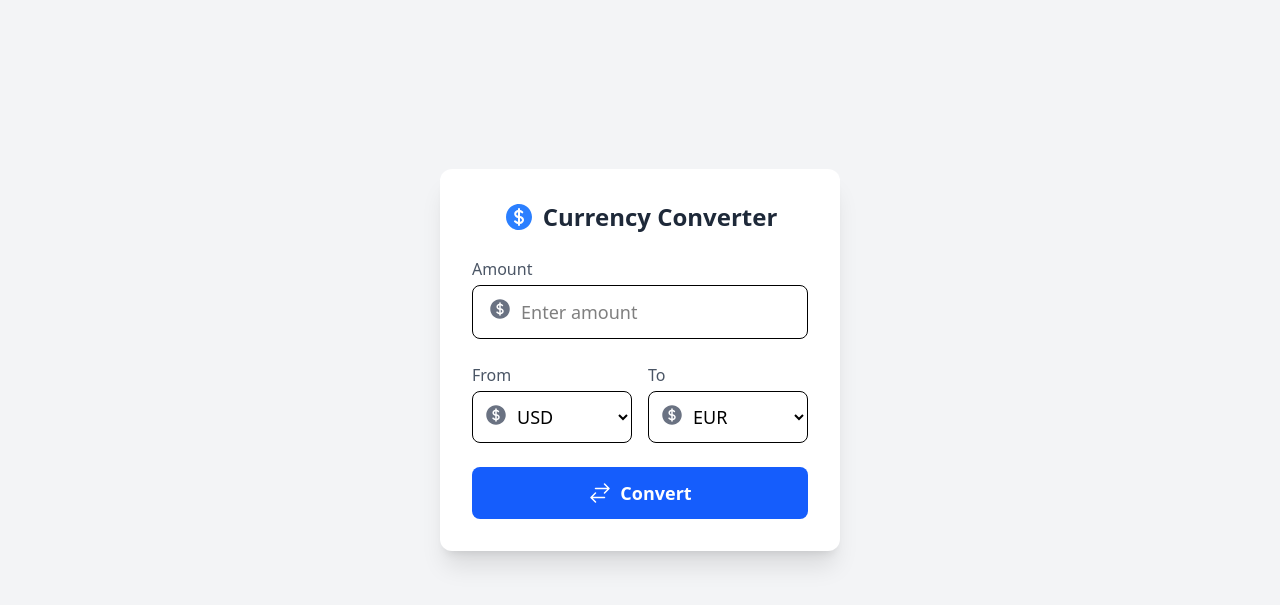
Repository: adrcstro/withcenter_developer_exam
Page: /
These files come from the project's save history. The page is drawn as it stood at one moment and after the next save; the edit follows.
The browser window is 1280 px wide. The pictures show the whole page.
The project was rebuilt for these pictures with package versions that can differ from the ones it lists, and the page was loaded fresh each time. Also part of the build but not shown: vite.config.ts.

Above is the page before, as saved 2025-03-16 19:19:39.

### index.html
<!doctype html>
<html lang="en">
  <head>
    <meta charset="UTF-8" />
    <link rel="icon" type="image/svg+xml" href="/vite.svg" />
    <meta name="viewport" content="width=device-width, initial-scale=1.0" />
    <title>Vite + React + TS</title>
    <!-- public/index.html -->
  <link href="https://fonts.googleapis.com/css2?family=Montserrat:wght@300;400;500;700&display=swap" rel="stylesheet">


  </head>
  <body>
    <div id="root"></div>
    <script type="module" src="/src/main.tsx"></script>
  </body>
</html>

### src/main.tsx

import { createRoot } from 'react-dom/client'
import './index.css'
import App from './App.tsx'

createRoot(document.getElementById('root')!).render(

    <App />

)

### src/App.tsx
import { useState } from "react";
import { ArrowsRightLeftIcon, CurrencyDollarIcon } from "@heroicons/react/24/solid";


const currencies = ["USD", "EUR", "GBP", "JPY", "INR"];

function App() {
  const [amount, setAmount] = useState("");
  const [fromCurrency, setFromCurrency] = useState("USD");
  const [toCurrency, setToCurrency] = useState("EUR");
  const [convertedAmount, setConvertedAmount] = useState("");

  const handleConvert = () => {
    // Dummy conversion rate for UI demo
    const rate = 1.1;
    setConvertedAmount((parseFloat(amount) * rate).toFixed(2));
  };

  return (
    <div className="flex items-center justify-center min-h-screen bg-gray-100">
      <div className="bg-white shadow-xl rounded-xl p-8 w-[400px]">
        <h2 className="text-2xl font-bold text-gray-800 text-center mb-6 flex items-center justify-center gap-2">
          <CurrencyDollarIcon className="w-8 h-8 text-blue-500" />
          Currency Converter
        </h2>

        {/* Amount Input */}
        <div className="mb-6">
          <label className="block text-gray-600 text-base font-medium">Amount</label>
          <div className="relative">
            <input
              type="number"
              value={amount}
              onChange={(e) => setAmount(e.target.value)}
              className="w-full mt-1 pl-12 pr-4 py-3 border rounded-lg text-lg focus:outline-none focus:ring-2 focus:ring-blue-400"
              placeholder="Enter amount"
            />
            <CurrencyDollarIcon className="w-6 h-6 text-gray-500 absolute left-4 top-4" />
          </div>
        </div>

        {/* Currency Selection */}
        <div className="flex gap-4 mb-6">
          <div className="w-1/2">
            <label className="block text-gray-600 text-base font-medium">From</label>
            <div className="relative">
              <select
                value={fromCurrency}
                onChange={(e) => setFromCurrency(e.target.value)}
                className="w-full mt-1 pl-10 pr-4 py-3 border rounded-lg text-lg focus:outline-none focus:ring-2 focus:ring-blue-400"
              >
                {currencies.map((currency) => (
                  <option key={currency} value={currency}>
                    {currency}
                  </option>
                ))}
              </select>
              <CurrencyDollarIcon className="w-6 h-6 text-gray-500 absolute left-3 top-4" />
            </div>
          </div>

          <div className="w-1/2">
            <label className="block text-gray-600 text-base font-medium">To</label>
            <div className="relative">
              <select
                value={toCurrency}
                onChange={(e) => setToCurrency(e.target.value)}
                className="w-full mt-1 pl-10 pr-4 py-3 border rounded-lg text-lg focus:outline-none focus:ring-2 focus:ring-blue-400"
              >
                {currencies.map((currency) => (
                  <option key={currency} value={currency}>
                    {currency}
                  </option>
                ))}
              </select>
              <CurrencyDollarIcon className="w-6 h-6 text-gray-500 absolute left-3 top-4" />
            </div>
          </div>
        </div>

        {/* Convert Button */}
        <button
          onClick={handleConvert}
          className="w-full bg-blue-600 hover:bg-blue-700 text-white text-lg font-semibold py-3 rounded-lg flex items-center justify-center gap-2 transition duration-300"
        >
          <ArrowsRightLeftIcon className="w-6 h-6" />
          Convert
        </button>

        {/* Converted Amount */}
        {convertedAmount && (
          <div className="mt-6 text-center">
            <p className="text-gray-800 text-xl">
              {amount} {fromCurrency} = <span className="font-bold text-green-600">{convertedAmount} {toCurrency}</span>
            </p>
          </div>
        )}
      </div>
    </div>
  );
}

export default App;

Loaded but not shown: src/index.css (common file)

After the next save:
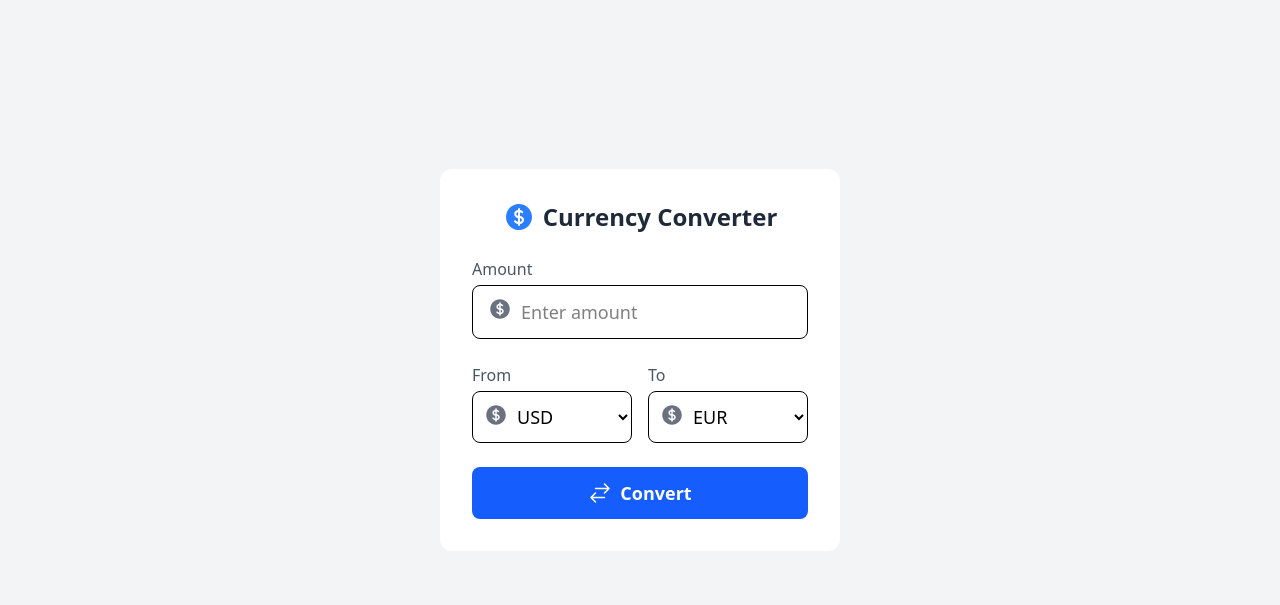
Saved 40 s later.
--- a/src/App.tsx
+++ b/src/App.tsx
@@ -18,7 +18,7 @@ function App() {
 
   return (
     <div className="flex items-center justify-center min-h-screen bg-gray-100">
-      <div className="bg-white shadow-xl rounded-xl p-8 w-[400px]">
+      <div className="bg-white rounded-xl p-8 w-[400px]">
         <h2 className="text-2xl font-bold text-gray-800 text-center mb-6 flex items-center justify-center gap-2">
           <CurrencyDollarIcon className="w-8 h-8 text-blue-500" />
           Currency Converter
